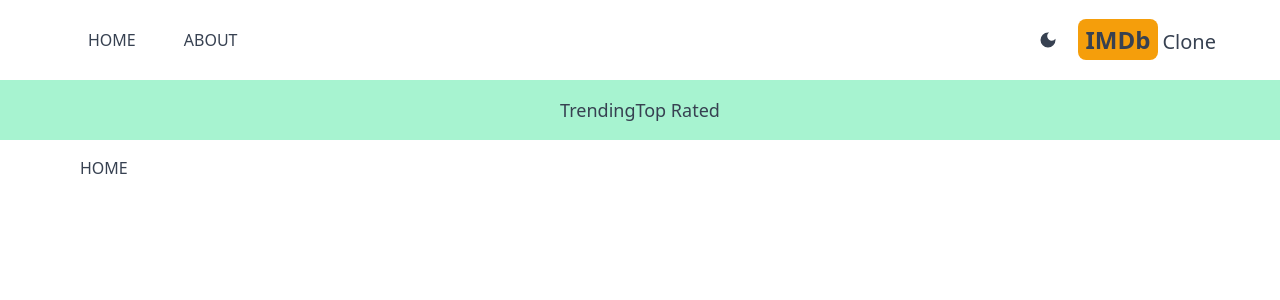
Repository: dnjfht/imdb
Page: /
These files come from the project's save history. The page is drawn as it stood at one moment and after the next save; the edit follows.
The browser window is 1280 px wide. The pictures show the whole page.
The project was rebuilt for these pictures with package versions that can differ from the ones it lists, and the page was loaded fresh each time. The framework's server and built-in components were replaced by stand-ins that run in the browser. Also part of the build but not shown: next.config.js.

Above is the page before, as saved 2023-10-02 13:19:11.

### src/app/layout.js
import Providers from "./Providers";
import Header from "./components/Header";
import Navbar from "./components/Navbar";
import "./globals.css";

export const metadata = {
  title: "IMDb Clobe",
  description: "This is the IMDb clone website",
};

export default function RootLayout({ children }) {
  return (
    <html lang="en">
      <head>
        <link rel="icon" href="/favicon.ico" />
      </head>

      <body>
        <Providers>
          {/* Header */}
          <Header />

          {/* Navbar */}
          <Navbar />

          {/* SearchBox */}

          {children}
        </Providers>
      </body>
    </html>
  );
}

### src/app/page.js
export default function Home() {
  return <div className="max-w-6xl sm:mx-auto p-4 space-y-4">HOME</div>;
}

### src/app/Providers.jsx
"use client";

import { ThemeProvider } from "next-themes";

export default function Providers({ children }) {
  return (
    <ThemeProvider enableSystem={true} attribute="class">
      <div className="dark:bg-gray-700 dark:text-gray-200 text-gray-700 transition-color duration-300 min-h-screen select-none">
        {children}
      </div>
    </ThemeProvider>
  );
}

### src/app/components/Header.jsx
import Link from "next/link";
import MenuItem from "./MenuItem";

import { AiFillHome } from "react-icons/ai";
import { HiInformationCircle } from "react-icons/hi";
import DarkModeSwitch from "./DarkModeSwitch";

export default function Header() {
  return (
    <div className="flex items-center justify-between mx-2 max-w-6xl sm:mx-auto py-6">
      <div className="flex">
        <MenuItem title="HOME" address="/" Icon={AiFillHome} />
        <MenuItem title="ABOUT" address="/about" Icon={HiInformationCircle} />
      </div>

      <div className="flex items-center space-x-5">
        <DarkModeSwitch />

        <Link href="/">
          <h2 className="text-2xl">
            <span className="font-bold bg-amber-500 py-1 px-2 rounded-lg mr-1">
              IMDb
            </span>
            <span className="text-xl hidden sm:inline">Clone</span>
          </h2>
        </Link>
      </div>
    </div>
  );
}

### src/app/components/Navbar.jsx
import NavbarItem from "./NavbarItem";

export default function Navbar() {
  return (
    <div className="flex justify-center dark:bg-gray-600 bg-emerald-200 lg:text-lg p-4">
      <NavbarItem title="Trending" param="fetchTrending" />
      <NavbarItem title="Top Rated" param="fetchTopRated" />
    </div>
  );
}

### src/app/components/MenuItem.jsx
import Link from "next/link";

export default function MenuItem({ title, address, Icon }) {
  return (
    <div>
      <Link href={address} className="mx-4 lg:mx-6 hover:text-amber-600">
        {/* 페이지를 새로 고치지 않고 해당 웹사이트, 해당 URL로 이동. */}
        <Icon className="text-2xl sm:hidden mx-4" />
        <p className="hidden sm:inline my-2 text-small">{title}</p>
      </Link>
    </div>
  );
}

### src/app/components/DarkModeSwitch.jsx
"use client";

import { useTheme } from "next-themes";
import { useEffect, useState } from "react";
import { MdDarkMode } from "react-icons/md";
import { MdLightMode } from "react-icons/md";

export default function DarkModeSwitch() {
  const { systemTheme, theme, setTheme } = useTheme();
  const [mounted, setMounted] = useState(false);

  useEffect(() => setMounted(true), []);

  const currentTheme = theme === "system" ? systemTheme : theme;

  return (
    <>
      {mounted &&
        (currentTheme === "dark" ? (
          <MdLightMode
            className="text-xl cursor-pointer hover:text-amber-500"
            onClick={() => {
              setTheme("light");
            }}
          />
        ) : (
          <MdDarkMode
            className="text-xl cursor-pointer hover:text-amber-500"
            onClick={() => {
              setTheme("dark");
            }}
          />
        ))}
    </>
  );
}

### src/app/components/NavbarItem.jsx
import Link from "next/link";

export default function NavbarItem({ title, param }) {
  return (
    <div>
      <Link href={`/?genre=${param}`}>{title}</Link>
    </div>
  );
}

Loaded but not shown: src/app/globals.css (common file); tailwind.config.js (common file)

After the next save:
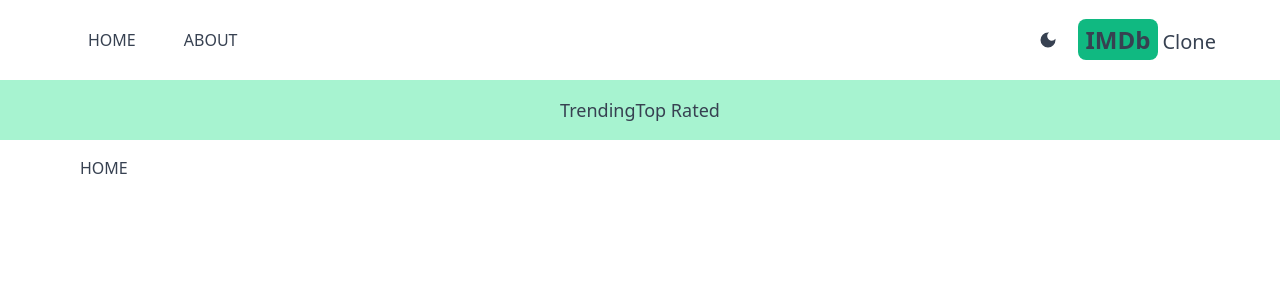
Saved 42 s later.
--- a/src/app/components/Header.jsx
+++ b/src/app/components/Header.jsx
@@ -18,7 +18,7 @@
 
         <Link href="/">
           <h2 className="text-2xl">
-            <span className="font-bold bg-amber-500 py-1 px-2 rounded-lg mr-1">
+            <span className="font-bold bg-emerald-500 py-1 px-2 rounded-lg mr-1">
               IMDb
             </span>
             <span className="text-xl hidden sm:inline">Clone</span>
